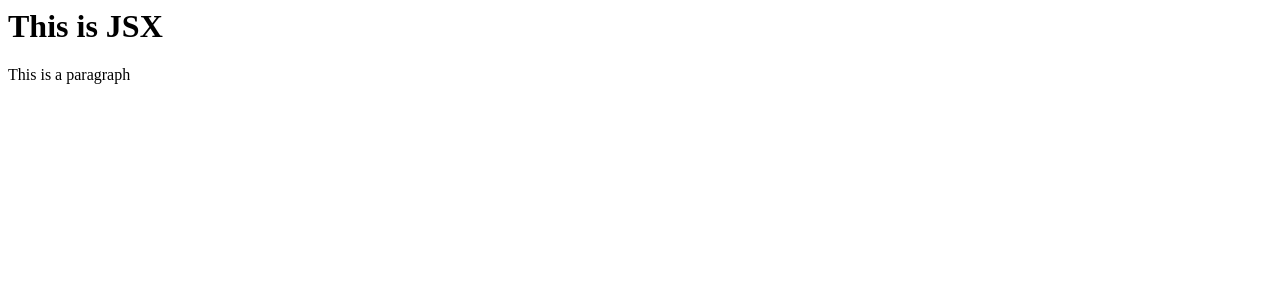
Repository: evemcd/scrimba-react1
Page: index.html
These files come from the project's save history. The page is drawn as it stood at one moment and after the next save; the edit follows.
The browser window is 1280 px wide. The pictures show the whole page.
Some web libraries are served in a nearby version.

Above is the page before, as saved 2023-07-30 08:12:28.

### index.html
<html>

<head>
    <link rel="stylesheet" href="index.css">
    <script crossorigin src="https://unpkg.com/react@17/umd/react.development.js"></script>
    <script crossorigin src="https://unpkg.com/react-dom@17/umd/react-dom.development.js"></script>
    <script src="https://unpkg.com/babel-standalone@6/babel.min.js"></script>
</head>

<body>
    <div id="root"></div>
    <script src="index.js" type="text/babel"></script>
</body>

</html>

### index.js
//ReactDOM.render(<h1>Hello, everyone!</h1>, document.getElementById("root"))
/*
Challenge 1: Display an unordered list with two list items
ReactDOM.render(<ul><li>HTML</li><li>CSS</li></ul>,document.getElementById("root"))

Challenge 2: Create your own custom React component!
Call it "MainContent", and have it return a simple h1 element that says "I'm learning React!"
Afterward, render it below the Navbar (which you can do inside the ReactDOM.render call below)

function MainContent() {
    return (
        <h1>I'm learning React!</h1>
    )
}


ReactDOM.render(
    <div>
        <MainContent />
    </div>,
    document.getElementById("root")
)


Challenge 3 - recreate the below line of code in vanilla JS by creating and appending an h1 to our div#root (without using innerHTML).
ReactDOM.render(<h1>Hello, React!</h1>, document.getElementById("root"))

- Create a new h1 element
- Give it some textContent
- Give it a class name of "header"
- append it as a child of the div#root

const h1 = document.createElement("h1")
h1.textContent = "This is an imperative way to program"
h1.className = "header"
document.getElementById("root").append(h1)

This way of coding is imperative, every step needs to be written and explained. React is declarative.

Cannot place two parent elements beside each other and render them, I need a parent element like div to render two child elements
JSX:

*/

const page = (
    <div>
        <h1 className="header">This is JSX</h1>
        <p>This is a paragraph</p>
    </div>
)

ReactDOM.render(
    page,
    document.getElementById("root")
)
//console.log(page) output: {type: "div", key: null, ref: null, props: {children: [{type: "h1", key: null, ref: null, props: {className: "header", children: "This is JSX"}, _owner: null, _store: {}}, {type: "p", key: null, ref: null, props: {children: "This is a paragraph"}, _owner: null, _store: {}}]}, _owner: null, _store: {}}

Loaded but not shown: index.css (no copy from this time; the picture is the same without it)

After the next save:
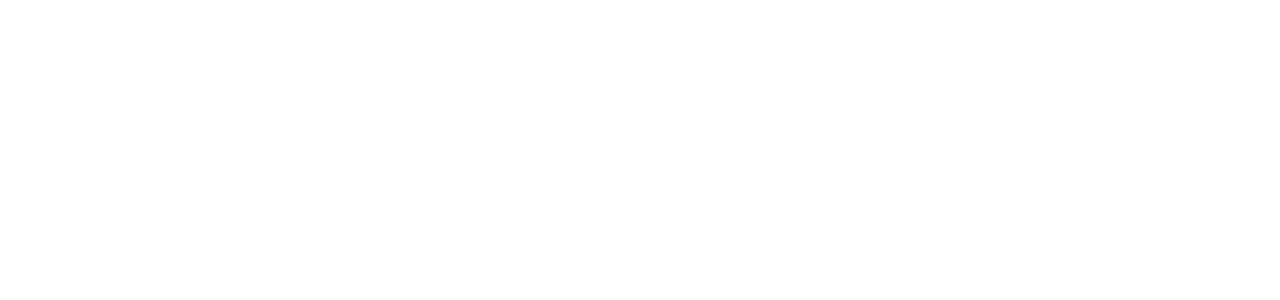
Console error: ReferenceError: page is not defined
Saved 44 min 18 s later.
--- a/index.js
+++ b/index.js
@@ -38,9 +38,7 @@
 This way of coding is imperative, every step needs to be written and explained. React is declarative.
 
 Cannot place two parent elements beside each other and render them, I need a parent element like div to render two child elements
-JSX:
 
-*/
 
 const page = (
     <div>
@@ -48,9 +46,11 @@
         <p>This is a paragraph</p>
     </div>
 )
+//console.log(page) output: {type: "div", key: null, ref: null, props: {children: [{type: "h1", key: null, ref: null, props: {className: "header", children: "This is JSX"}, _owner: null, _store: {}}, {type: "p", key: null, ref: null, props: {children: "This is a paragraph"}, _owner: null, _store: {}}]}, _owner: null, _store: {}}
+
+*/
 
 ReactDOM.render(
     page,
     document.getElementById("root")
 )
-//console.log(page) output: {type: "div", key: null, ref: null, props: {children: [{type: "h1", key: null, ref: null, props: {className: "header", children: "This is JSX"}, _owner: null, _store: {}}, {type: "p", key: null, ref: null, props: {children: "This is a paragraph"}, _owner: null, _store: {}}]}, _owner: null, _store: {}}

After the 2 saves that followed:
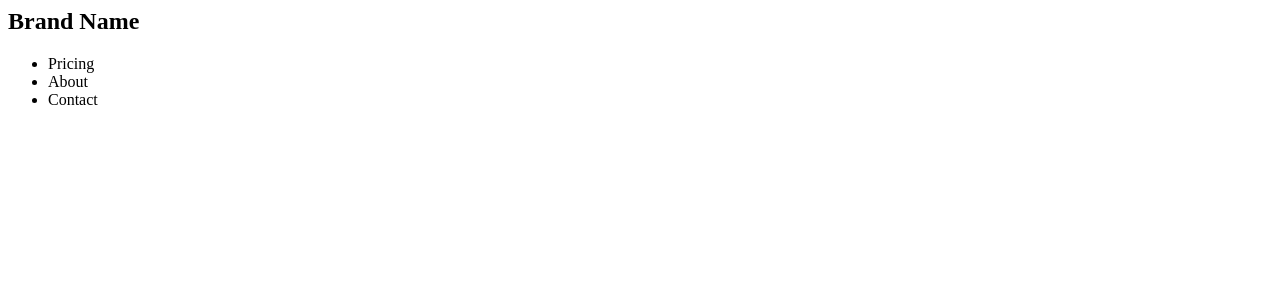
The error is gone.
The 2 saves are shown as one change because 1 left the picture as it was.
The last was saved 5 min 3 s later.
--- a/index.js
+++ b/index.js
@@ -48,9 +48,32 @@
 )
 //console.log(page) output: {type: "div", key: null, ref: null, props: {children: [{type: "h1", key: null, ref: null, props: {className: "header", children: "This is JSX"}, _owner: null, _store: {}}, {type: "p", key: null, ref: null, props: {children: "This is a paragraph"}, _owner: null, _store: {}}]}, _owner: null, _store: {}}
 
-*/
-
 ReactDOM.render(
     page,
     document.getElementById("root")
 )
+
+Challenge 4:
+Create a navbar in JSX:
+    - Use the semantic `nav` element as the parent wrapper
+    - Have an h1 element with the brand name of your "website"
+    - Insert an unordered list for the other nav elements
+    - Inside the `ul`, have three `li`s for "Pricing", "About", and "Contact"
+    - Don't worry about styling yet - it'll just be plain-looking HTML for now
+*/
+
+const navbar = (
+    <nav>
+        <h1>Brand Name</h1>
+        <ul>
+            <li>Pricing</li>
+            <li>About</li>
+            <li>Contact</li>
+        </ul>
+    </nav>
+)
+
+ReactDOM.render(
+    navbar,
+    document.getElementById("root")
+)
